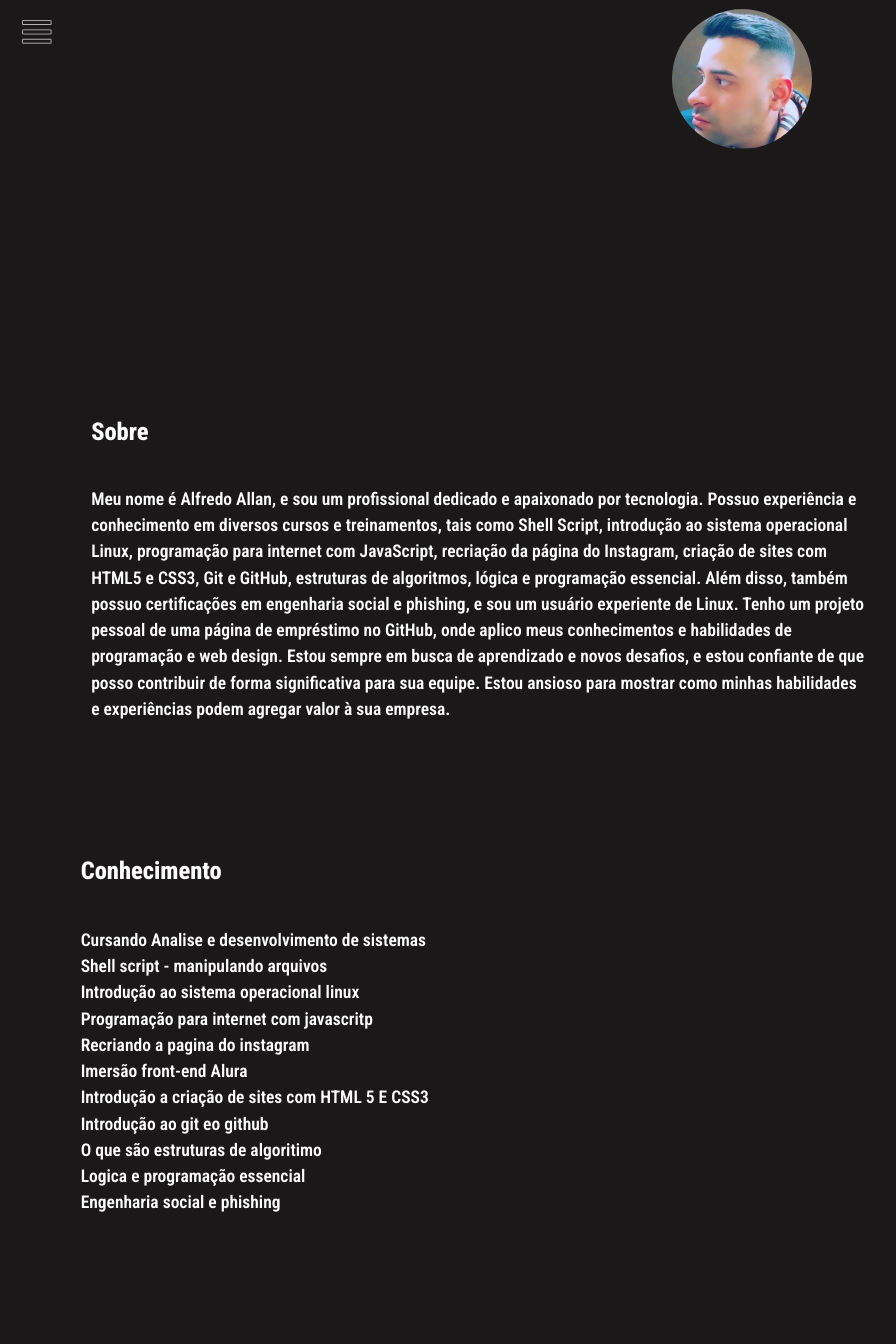
Repository: alfredo-allan/Portfolio
Page: index.html
The author's editor kept a copy of each file at every save. The page is drawn from the files as they stood at one save, then again after a run of saves.
The browser window is 1280 px wide. The pictures show the part of the page from y = 0 to 1920 px (the page is 4813 px tall), at 70% of full size.

Above is the page before, as saved 2024-05-30 19:34:43.

### index.html
<!DOCTYPE html>
<html lang="pt-BR">
  <head>
    <meta charset="UTF-8" />
    <meta name="viewport" content="width=device-width, initial-scale=1.0" />
    <link
      rel="stylesheet"
      href="https://stackpath.bootstrapcdn.com/bootstrap/4.1.3/css/bootstrap.min.css"
      integrity="sha384-MCw98/SFnGE8fJT3GXwEOngsV7Zt27NXFoaoApmYm81iuXoPkFOJwJ8ERdknLPMO"
      crossorigin="anonymous"
    />
    <link rel="stylesheet" href="./src/assets/styles/home.css" />
    <link
      href="https://fonts.googleapis.com/css2?family=Roboto+Condensed:ital,wght@0,100..900;1,100..900&display=swap"
      rel="stylesheet"
    />

    <title>Portfolio</title>
    <div class="foto-perfil">
      <img src="./src/assets/images/foto-perfil.jpeg" alt="Minha Foto" />
    </div>
    <div id="menu-options">
      <ul>
        <span id="close-icon">X</span>
        <br />
        <li><a href="#Sobre">Sobre</a></li>
        <li><a href="#Conhecimento">Conhecimento</a></li>
        <li><a href="#Contato">Contato</a></li>
        <li><a href="#Projetos">Projetos</a></li>
        <li><a href="#Atividades">Atividades Faculdade</a></li>
        <li><a href="./curriculo.html">Currículo</a></li>
      </ul>
    </div>

    <header>
      <img id="menu-icon" src="./src/assets/images/barra-menu.png" alt="" />

      <!-- <img id="cha" src="./img/marijuana.png" alt="" />
        <img id="po" src="./img/cocaina.png" alt="" />
        <img id="bala" src="./img/mdma.png" alt="" />
        <img id="lsd" src="./img/lsd.png" alt="" />
        <img id="ghb" src="./img/ghb.png" alt="" /> -->
    </header>
    <div class="container" id="Sobre">
      <h2>Sobre</h2>
      <p>
        Meu nome é Alfredo Allan, e sou um profissional dedicado e apaixonado
        por tecnologia. Possuo experiência e conhecimento em diversos cursos e
        treinamentos, tais como Shell Script, introdução ao sistema operacional
        Linux, programação para internet com JavaScript, recriação da página do
        Instagram, criação de sites com HTML5 e CSS3, Git e GitHub, estruturas
        de algoritmos, lógica e programação essencial. Além disso, também possuo
        certificações em engenharia social e phishing, e sou um usuário
        experiente de Linux. Tenho um projeto pessoal de uma página de
        empréstimo no GitHub, onde aplico meus conhecimentos e habilidades de
        programação e web design. Estou sempre em busca de aprendizado e novos
        desafios, e estou confiante de que posso contribuir de forma
        significativa para sua equipe. Estou ansioso para mostrar como minhas
        habilidades e experiências podem agregar valor à sua empresa.
      </p>
    </div>
    <div id="Conhecimento">
      <h2>Conhecimento</h2>
      <p>
        Cursando Analise e desenvolvimento de sistemas <br />
        Shell script - manipulando arquivos <br />
        Introdução ao sistema operacional linux <br />
        Programação para internet com javascritp <br />
        Recriando a pagina do instagram <br />
        Imersão front-end Alura <br />
        Introdução a criação de sites com HTML 5 E CSS3 <br />
        Introdução ao git eo github <br />
        O que são estruturas de algoritimo <br />
        Logica e programação essencial <br />
        Engenharia social e phishing <br />
      </p>
    </div>

    <div id="sistemas">
      <h2>Sistemas Operacionais</h2>
      <p>
        Como usuário de Linux, possuo conhecimento em pacotes gerenciadores como
        apt e yum, bem como em servidores Apache. Sou capaz de estabelecer
        conexões SSH, gerar chaves públicas, e possuo boas práticas no uso do
        terminal de comandos. Além disso, possuo habilidades avançadas em
        instalação e configuração de sistemas operacionais, inclusive na
        manipulação de variáveis de ambiente como o PATH. Estas competências são
        fundamentais para garantir um ambiente de trabalho eficiente e seguro.
      </p>
    </div>
    <div id="Projetos">
      <h2>Projetos</h2>
      <p>
        Desenvolvi uma página web responsiva utilizando Bootstrap 5, HTML e CSS.
        A página possui uma simulação de empréstimo, onde o usuário pode
        escolher o número de meses para financiar e ver uma prestação
        aproximada. Além disso, incluí um botão de contato via WhatsApp para
        facilitar a comunicação com um corretor. <br />
        <strong>Emprestimo:</strong
        ><a href="https://allan-mecanico.github.io/Emprestimo-facil/index.html">
          github.io/Emprestimo-facil/
        </a>
      </p>
      <p>
        Esse projeto combina o uso de tecnologias front-end e back-end para
        criar uma aplicação web dinâmica e interativa. O front-end foi
        desenvolvido com HTML, CSS e JavaScript e está hospedado no GitHub
        Pages. Já o back-end foi feito em Python com o framework Flask e está
        hospedado no PythonAnywhere, onde é utilizado como um servidor de um
        banco de dados SQLite. A aplicação conta com rotas para criar, deletar e
        atualizar dados de forma eficiente e segura. Este projeto exemplifica
        minha habilidade em desenvolver soluções completas e funcionais,
        integrando diferentes tecnologias para criar uma experiência de usuário
        eficaz e completa a pagina possi somente responsividade mobile. <br />
        <strong>Ketlyn Lash Designer:</strong
        ><a href="https://allan-mecanico.github.io/Lash-Designer/">
          github.io/Lash-Designer/
        </a>
      </p>
      <p>
        <strong>Controle de Datas de Validade de Produtos Frutap</strong>
        O projeto de controle de datas de validade de produtos Frutap é um
        sistema abrangente desenvolvido para gerenciar a validade de produtos em
        supermercados. A seguir, apresento um resumo das principais
        funcionalidades e características do sistema:

        <strong>Funcionalidades Principais</strong>
        Cadastro de Supermercados: Os supermercados podem ser cadastrados no
        sistema, e o nome dos mercados é automaticamente preenchido
        (autocompletar) para facilitar o processo de entrada de dados. Gestão de
        Produtos por Código EAN: O sistema utiliza códigos EAN para identificar
        os produtos. Ao digitar o código EAN, o sistema recupera e exibe a
        descrição do produto a partir de um arquivo JSON, garantindo precisão e
        agilidade no cadastro e consulta. Controle de Datas de Validade: Os
        produtos têm suas datas de validade monitoradas de maneira eficiente. O
        sistema alerta sobre produtos que estão prestes a vencer, ajudando os
        supermercados a gerenciar melhor seus estoques e reduzir perdas.
        <strong>Operações CRUD (Create, Read, Update, Delete):</strong>

        <strong>Criação:</strong> Novos produtos e supermercados podem ser
        adicionados ao sistema. <strong>Leitura:</strong> Consultas podem ser
        realizadas para visualizar informações de produtos e supermercados
        cadastrados. <strong>Atualização:</strong> As informações existentes
        podem ser atualizadas conforme necessário.
        <strong>Exclusão:</strong> Produtos e supermercados podem ser removidos
        do sistema, mantendo os dados atualizados. Tecnologia Utilizada JSON:
        Utilizado para armazenar e gerenciar dados de produtos e supermercados
        de forma estruturada e fácil de manipular. Autocompletar: Implementado
        para melhorar a usabilidade no cadastro de supermercados. Benefícios
        Eficiência: Automatiza o controle de datas de validade, reduzindo a
        necessidade de verificações manuais. Precisão: Garante que as
        informações sobre produtos estejam sempre atualizadas e precisas.
        Usabilidade: Facilita o cadastro e a consulta de informações com o
        autocompletar e a recuperação de dados pelo código EAN.
        <strong>Conclusão</strong>
        Este sistema de controle de datas de validade de produtos Frutap é uma
        solução robusta e eficiente para a gestão de estoques em supermercados,
        proporcionando uma maneira prática e confiável de monitorar a validade
        dos produtos e otimizar a operação dos estabelecimentos.
        <strong>Controle De Datas Frutap</strong>
        <a href="https://allan-mecanico.github.io/ControleDeDatasFrontEnd/"
          >github.io/ControleDeDatasFrontEnd/</a
        >
      </p>
    </div>
    <div id="Atividades">
      <p>
        Nome: Alfredo e Gustavo <br />
        Data: 05/04/2024 <br />
        <a href="https://zenodo.org/records/10929316"
          >Desenvolvimento web e Sistemas operacionais <br />
          DOI:10.5281/zenodo.10929316</a
        >
      </p>
    </div>
    <div id="Contato">
      <h2>Contato</h2>

      <p>
        <strong>Email:</strong> allan.teixeira92@gmail.com <br />
        <strong>Linkedln:</strong
        ><a
          href="https://www.linkedin.com/in/alfredo-allan-teixeira-ba2701149/"
        >
          www.linkedin.com/in/alfredo-allan-teixeira <br
        /></a>

        <strong>Github:</strong
        ><a href="https://github.com/allan-mecanico">
          github.com/allan-mecanico<br
        /></a>
        <strong>WhatsApp:</strong
        ><a href="https://api.whatsapp.com/send?phone=5511913311054">
          (11) 91331-1054<br
        /></a>
      </p>
    </div>
  </head>
  <body>
    <script>
      const menuIcon = document.getElementById("menu-icon");
      const menuOptions = document.getElementById("menu-options");
      const closeIcon = document.getElementById("close-icon");

      menuIcon.addEventListener("click", function () {
        if (menuOptions.style.display === "none") {
          menuOptions.style.display = "block";
        } else {
          menuOptions.style.display = "none";
        }
      });

      closeIcon.addEventListener("click", function () {
        menuOptions.style.display = "none";
      });
    </script>
  </body>
</html>

### src/assets/styles/home.css
:root {
  --roboto-condensed: "Roboto Condensed", sans-serif;
}

body {
  font-family: var(--roboto-condensed);
  background-color: rgb(26, 24, 24);
  background-position: center;
  background-size: cover;
}

@media (min-width: 310px) and (max-width: 480px) {
  body {
    background-image: url("../images/git-img.jpg");
    background-repeat: no-repeat;
    background-attachment: fixed;
  }
}

.menu ul {
  font-size: 1.5rem;
  font-weight: 600;
  margin-top: -14%;
  margin-right: 4%;
  text-align: right;
  list-style: none;
  li {
    margin-right: 12px;
    display: inline-block;
  }
}

@media only screen and (min-width: 310px) and (max-width: 450px) {
  .menu ul {
    font-weight: 1000;
    text-align: left;
    margin-top: -45%;
    padding: 20%;
    margin-left: 75%;
    font-size: 20px;
  }
}

.foto-perfil {
  margin-top: 1%;
  margin-left: 75%;
  width: 200px;
  height: 200px;
  border-radius: 50%;
  overflow: hidden;
}

.foto-perfil img {
  width: 100%;
  height: 100%;
  object-fit: cover;
}

@media only screen and (min-width: 310px) and (max-width: 450px) {
  .foto-perfil {
    width: 80px;
    height: 80px;
    margin-left: 10%;
    margin-top: 7%;
  }
}

#Sobre {
  color: white;
  margin-top: 30%;
  margin-left: 9%;
  h2 {
    font-weight: 1000;
    font-size: 35px;
    font-weight: 800;
  }
  p {
    font-weight: 300;
    margin-top: 5%;
    font-size: 25px;
    font-family: var(--roboto-condensed);
    width: 100%; /* Define a largura desejada */
    font-weight: 600;
  }
}

@media only screen and (min-width: 310px) and (max-width: 450px) {
  #Sobre {
    margin-left: -1%;
    margin-top: 35%;
    h2 {
      color: white;
      font-size: 22px;
      font-weight: 800;
    }
    p {
      color: white;
      margin-top: 5%;
      font-size: 18px;
      font-family: var(--roboto-condensed);
      width: 100%; /* Define a largura desejada */
      font-weight: 350;
    }
  }
}

@media screen and (min-width: 310px) and (max-width: 450px) {
  #menu-icon {
    margin-left: 200px;
  }
}

#Conhecimento {
  color: white;
  margin-top: 15%;
  margin-left: 9%;
  h2 {
    font-size: 35px;
    font-weight: 800;
  }
  p {
    margin-top: 5%;
    font-size: 25px;
    font-family: var(--roboto-condensed);
    width: 90%; /* Define a largura desejada */
    font-weight: 600;
  }
}

@media only screen and (min-width: 310px) and (max-width: 450px) {
  #Conhecimento {
    margin-left: 1%;
    margin-top: 35%;
    h2 {
      color: white;
      font-size: 22px;
      font-weight: 800;
    }
    p {
      color: white;
      margin-top: 5%;
      font-size: 18px;
      font-family: var(--roboto-condensed);
      width: 100%; /* Define a largura desejada */
      font-weight: 350;
    }
  }
}
#sistemas {
  color: white;
  margin-top: 15%;
  margin-left: 9%;
  h2 {
    font-size: 35px;
    font-weight: 800;
  }
  p {
    margin-top: 5%;
    font-size: 25px;
    font-family: var(--roboto-condensed);
    width: 90%; /* Define a largura desejada */
    font-weight: 600;
  }
}

@media only screen and (min-width: 310px) and (max-width: 450px) {
  #sistemas {
    margin-left: -0%;
    margin-top: 20%;
    h2 {
      font-size: 22px;
      font-weight: 800;
    }
    p {
      margin-top: 5%;
      font-size: 18px;
      font-family: var(--roboto-condensed);
      width: 100%; /* Define a largura desejada */
      font-weight: 350;
    }
  }
}

#Projetos {
  color: white;
  margin-top: 15%;
  margin-left: 9%;
  h2 {
    font-size: 35px;
    font-weight: 800;
  }
  p {
    margin-top: 5%;
    font-size: 25px;
    font-family: var(--roboto-condensed);
    width: 90%; /* Define a largura desejada */
    font-weight: 600;
  }
}

@media only screen and (min-width: 310px) and (max-width: 450px) {
  #Projetos {
    margin-left: -0%;
    margin-top: 25%;
    h2 {
      font-size: 22px;
      font-weight: 800;
    }
    p {
      color: white;
      margin-top: 5%;
      font-size: 18px;
      font-family: var(--roboto-condensed);
      width: 100%; /* Define a largura desejada */
      font-weight: 350;
    }
  }
}

#Atividades {
  color: white;
  margin-top: 15%;
  margin-left: 9%;
  h2 {
    font-size: 35px;
    font-weight: 800;
  }
  p {
    margin-top: 5%;
    font-size: 25px;
    font-family: var(--roboto-condensed);
    width: 90%; /* Define a largura desejada */
    font-weight: 600;
  }
}

@media only screen and (min-width: 310px) and (max-width: 450px) {
  #Atividades {
    margin-left: -0%;
    margin-top: 25%;
    h2 {
      font-size: 22px;
      font-weight: 800;
    }
    p {
      color: white;
      margin-top: 5%;
      font-size: 18px;
      font-family: var(--roboto-condensed);
      width: 100%; /* Define a largura desejada */
      font-weight: 350;
    }
  }
}

#Contato {
  color: white;
  margin-top: 15%;
  margin-left: 9%;
  h2 {
    font-size: 35px;
    font-weight: 800;
  }
  p {
    margin-top: 5%;
    font-size: 25px;
    font-family: var(--roboto-condensed);
    width: 90%; /* Define a largura desejada */
    font-weight: 600;
  }
}

@media only screen and (min-width: 310px) and (max-width: 450px) {
  #Contato {
    margin-top: 25%;
    margin-left: 0%;
    h2 {
      font-size: 22px;
      font-weight: 800;
    }
    p {
      width: 100%;
      margin-top: 5%;
      font-size: 18px;
      font-family: var(--roboto-condensed);
      font-weight: 350;
    }
  }
}

#menu-icon {
  position: absolute;
  margin-top: -190px;
  margin-left: 30px;
  width: 45px;
}

a {
  color: white;
  text-decoration: none; /* Remove o sublinhado */
}

#menu-options {
  display: none;
  position: absolute;
  top: 0;
  left: 0;
  margin-top: 0px;
  width: 20%;
  height: 52vh;
  background-color: white;
  z-index: 999;
  font-weight: 900;
  border-bottom-right-radius: 10%;
  color: white;
  letter-spacing: 2px;
}

a {
  text-decoration: none; /* Remove o sublinhado */
  color: black;
}

#close-icon {
  color: black;
  margin-left: 215px;
  position: absolute;
  margin-top: 10px;
}

#menu-options ul {
  list-style: none;
  padding: 0;
  margin-left: 10px;
  font-size: 20px;
}

#menu-options ul li {
  padding: 10px;
  /* border-bottom: 1px solid white; */
}

After the next 3 saves:
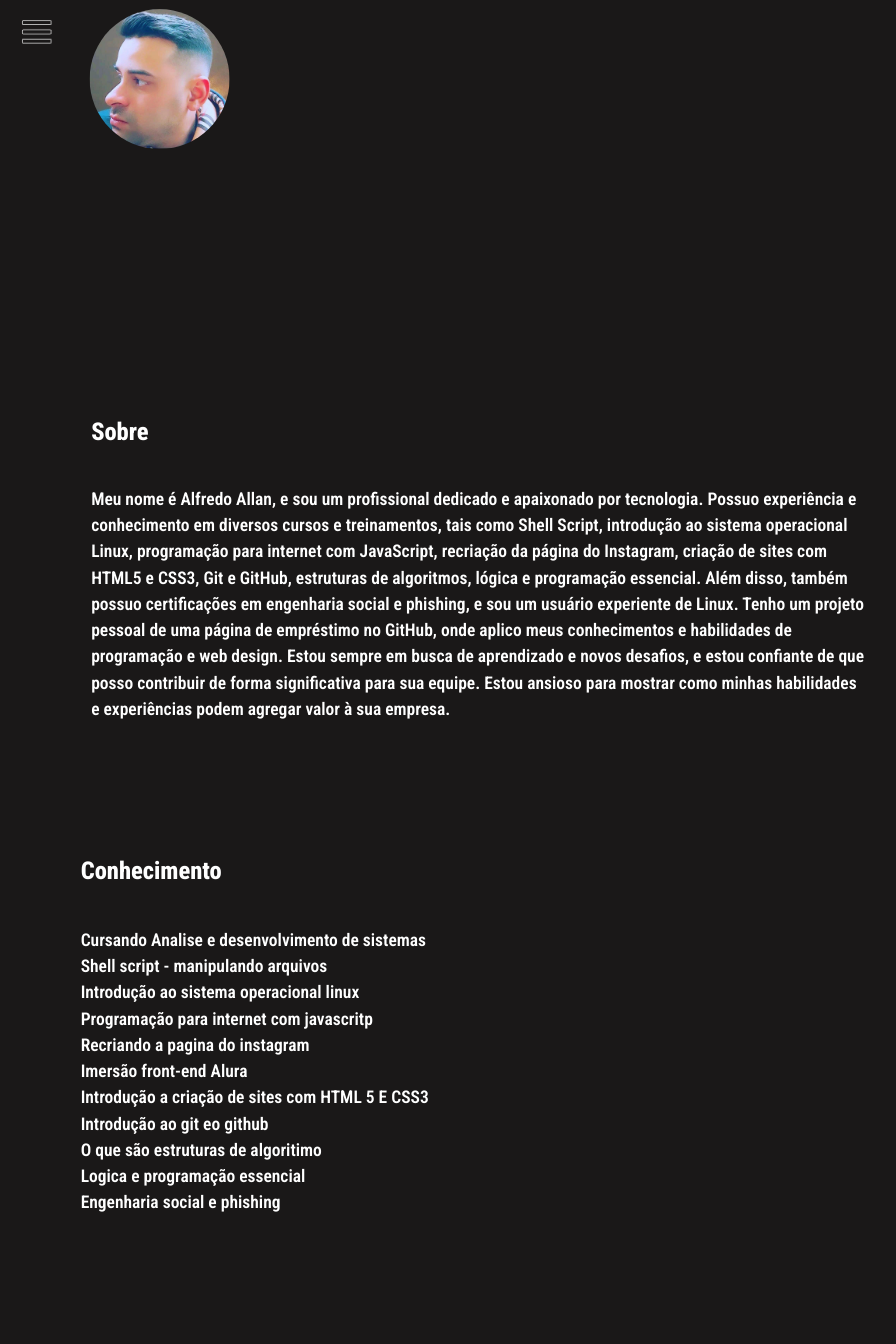
The 3 saves are shown as one change because they came seconds apart.
The last was saved 31 s later.
--- a/src/assets/styles/home.css
+++ b/src/assets/styles/home.css
@@ -43,7 +43,7 @@ body {
 
 .foto-perfil {
   margin-top: 1%;
-  margin-left: 75%;
+  margin-left: 10%;
   width: 200px;
   height: 200px;
   border-radius: 50%;
